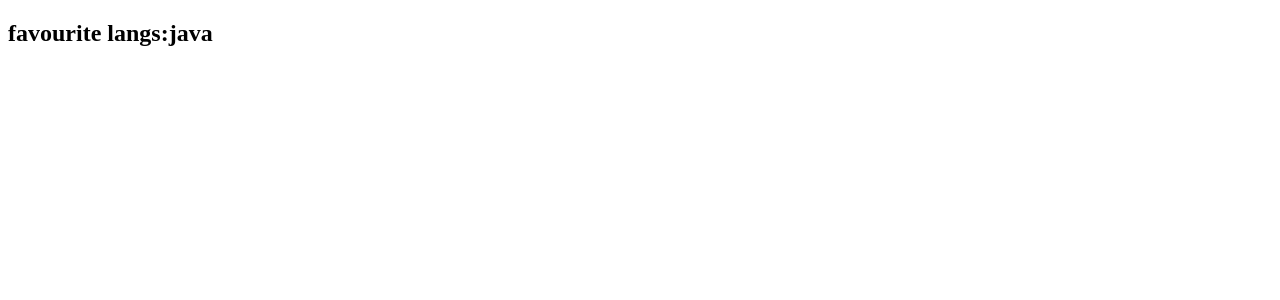
Repository: shivamaninalla/Bank-Application-JSP
Page: http://localhost/03-jsp-form2/cookiehome.jsp
These files come from the project's save history. The page is drawn as it stood at one moment and after the next save; the edit follows.
The browser window is 1280 px wide. The pictures show the whole page.
The page is served by Tomcat 9. Other server files are loaded and not shown.

Above is the page before, as saved 2024-07-15 07:05:09.

### 03-jsp-form2/WebContent/cookiehome.jsp
<%@ page language="java" contentType="text/html; charset=ISO-8859-1"
    pageEncoding="ISO-8859-1"%>
<!DOCTYPE html>
<html>
<head>
<meta charset="ISO-8859-1">
<title>Insert title here</title>
</head>
<body>
<%
String favlang="java";
Cookie[] cookies=request.getCookies();
if(cookies!=null){
	for(Cookie c:cookies){
		if(c.getName().equals("favouritelang")){
			favlang=c.getValue();
			break;
		}
	}
}

%>

<h2>favourite langs:<%=favlang %>

</body>
</html>

After the next save:
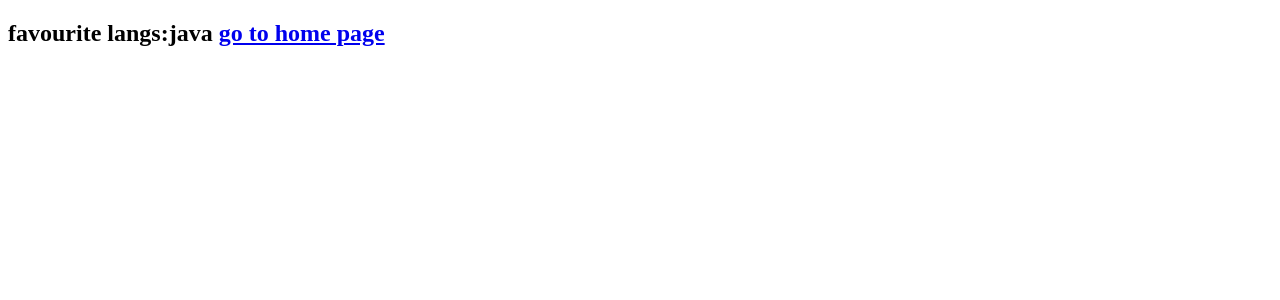
Saved 56 s later.
--- a/03-jsp-form2/WebContent/cookiehome.jsp
+++ b/03-jsp-form2/WebContent/cookiehome.jsp
@@ -22,6 +22,7 @@ if(cookies!=null){
 %>
 
 <h2>favourite langs:<%=favlang %>
+<a href="cookieresponse">go to home page</a>
 
 </body>
 </html>
